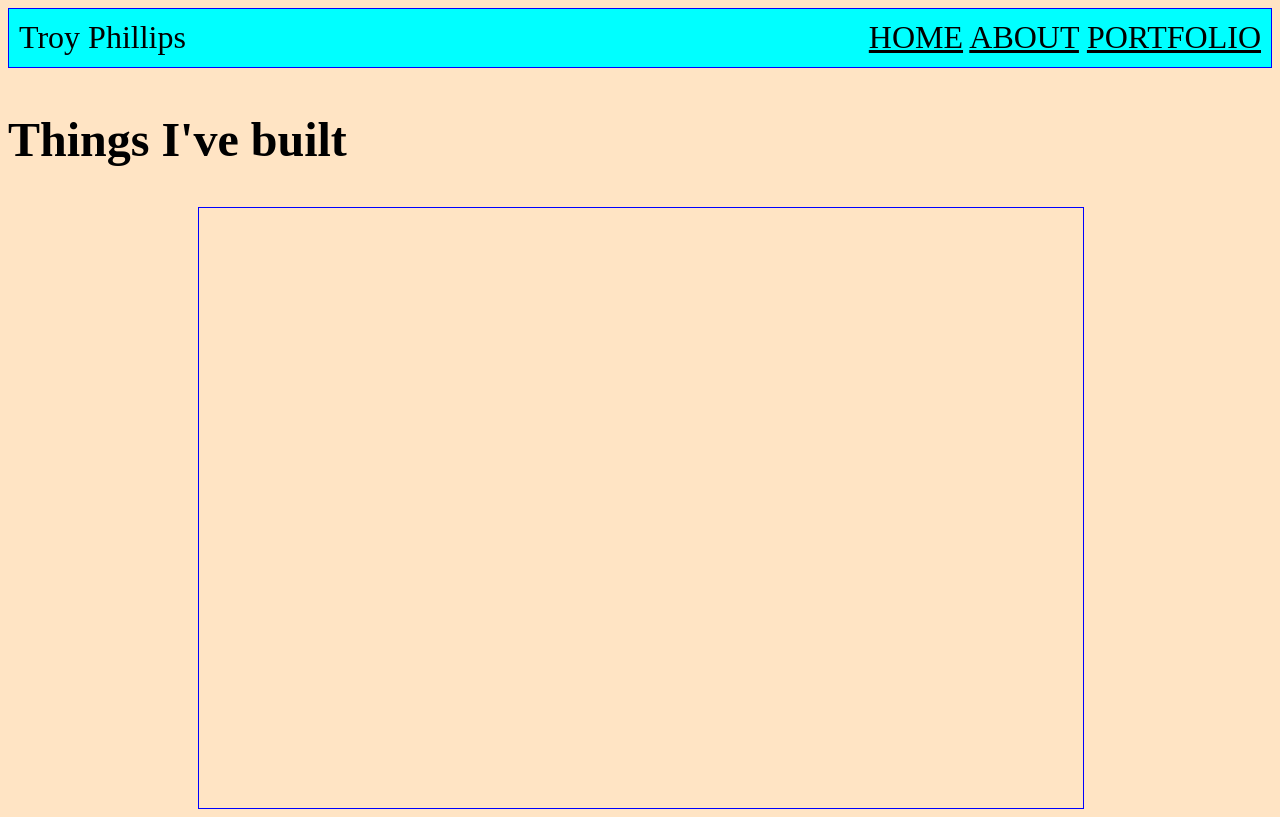
Repository: TheTroyPhillips/Personal-website
Page: portfolio.html
These files come from the project's save history. The page is drawn as it stood at one moment and after the next save; the edit follows.
The browser window is 1280 px wide. The pictures show the whole page.

Above is the page before, as saved 2023-09-10 22:33:18.

After the next save:
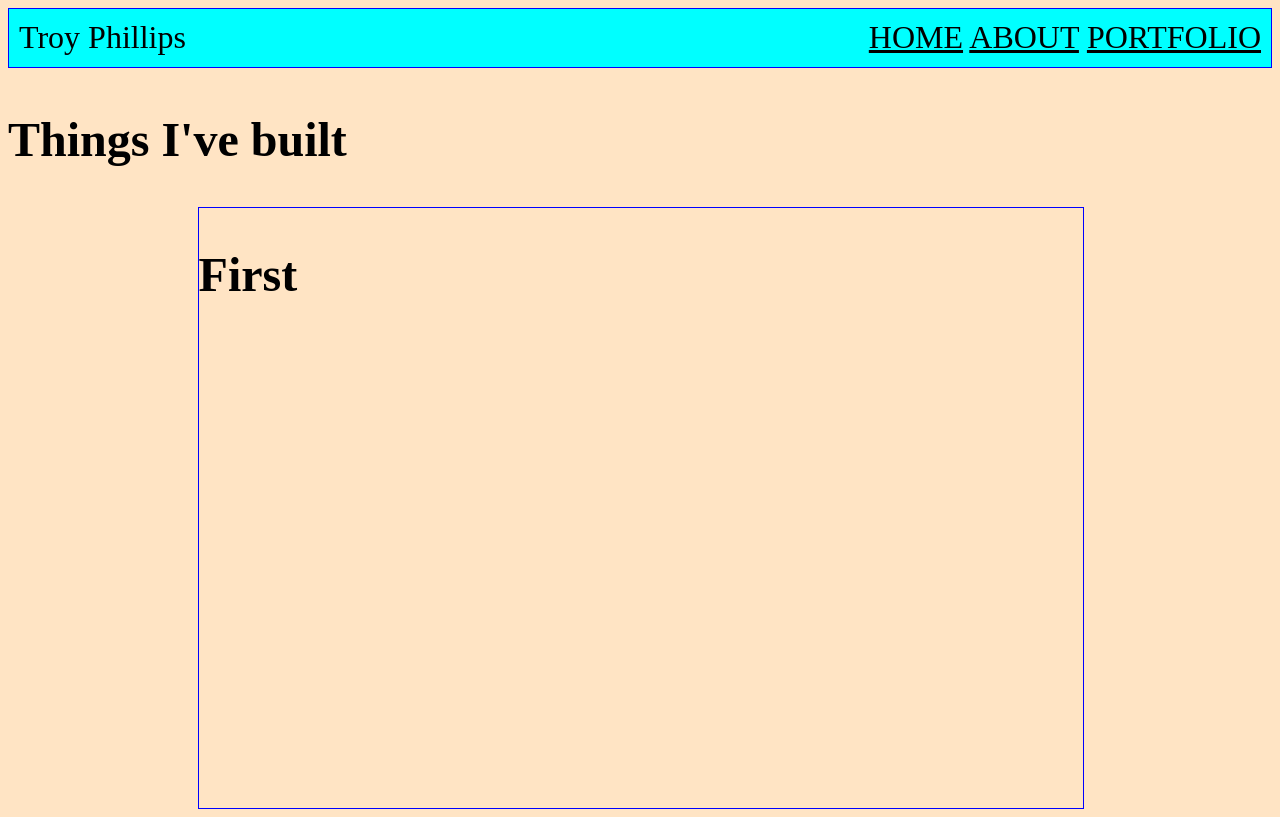
Saved 8 s later.
--- a/portfolio.html
+++ b/portfolio.html
@@ -17,4 +17,6 @@
             <a href="/portfolio.html">PORTFOLIO</a>
         </div>
         <h2>Things I've built</h2>
-        <div class="childc"></div>
+        <div class="childc">
+            <h2>First</h2>
+        </div>
